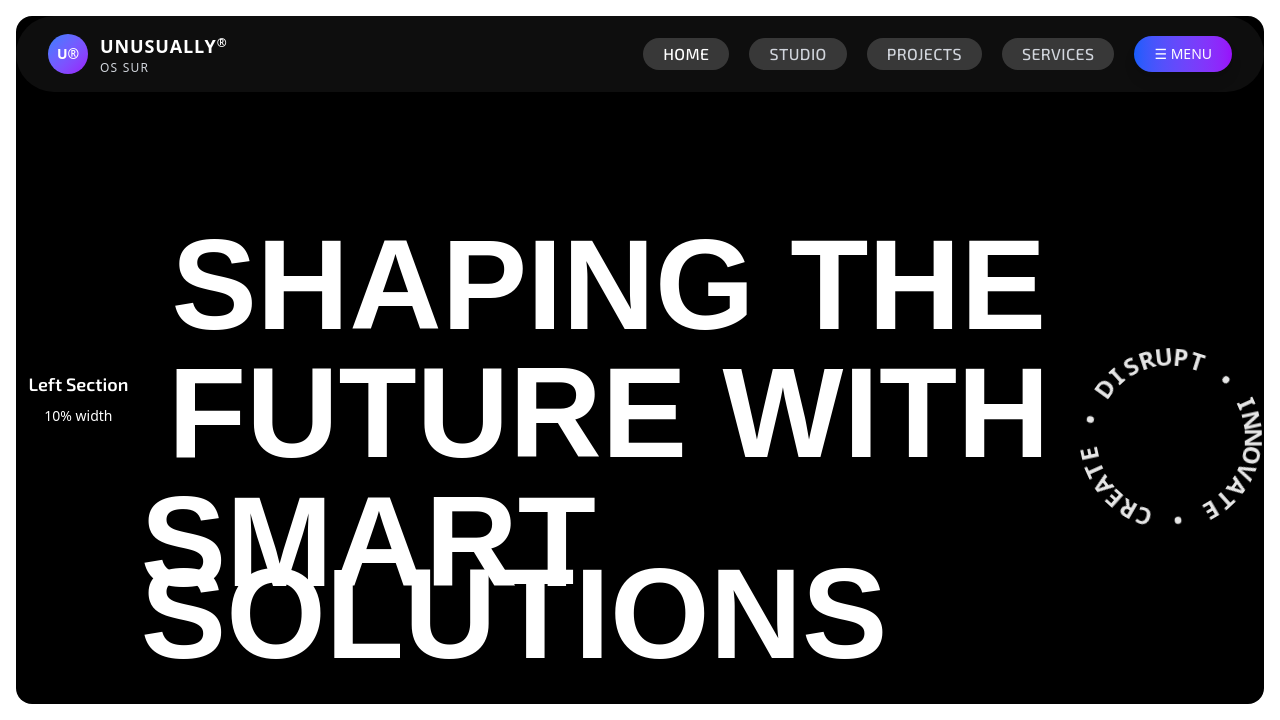
Repository: A-y-u-s-h-29/Digital-Express-India-With-Carrer-Page-And-RazorPay
Page: / (app in op/)
These files come from the project's save history. The page is drawn as it stood at one moment and after the next save; the edit follows.
The browser window is 1280 px wide. The pictures show the whole page.
Some web fonts or font styles are not loaded; a fallback is used. The project was rebuilt for these pictures with package versions that can differ from the ones it lists, and the page was loaded fresh each time. Also part of the build but not shown: op/vite.config.js.

Above is the page before, as saved 2025-12-04 15:18:05.

After the next save:
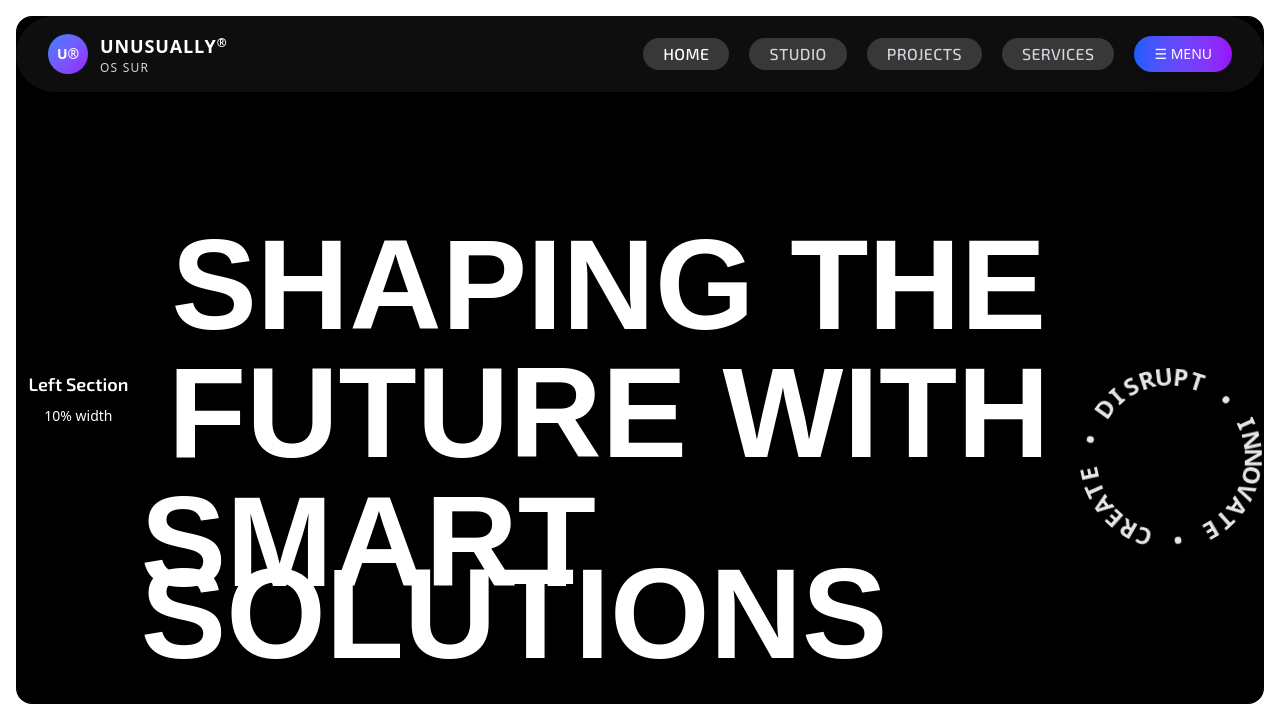
Saved 5 s later.
--- a/op/src/components/Home.jsx
+++ b/op/src/components/Home.jsx
@@ -56,7 +56,7 @@ function Home() {
                 text="INNOVATE • CREATE • DISRUPT • "
                 spinDuration={30}
                 onHover="speedUp"
-                className="text-white/90 text-sm mt-20"
+                className="text-white/90 text-sm mt-30"
               />
 
 
